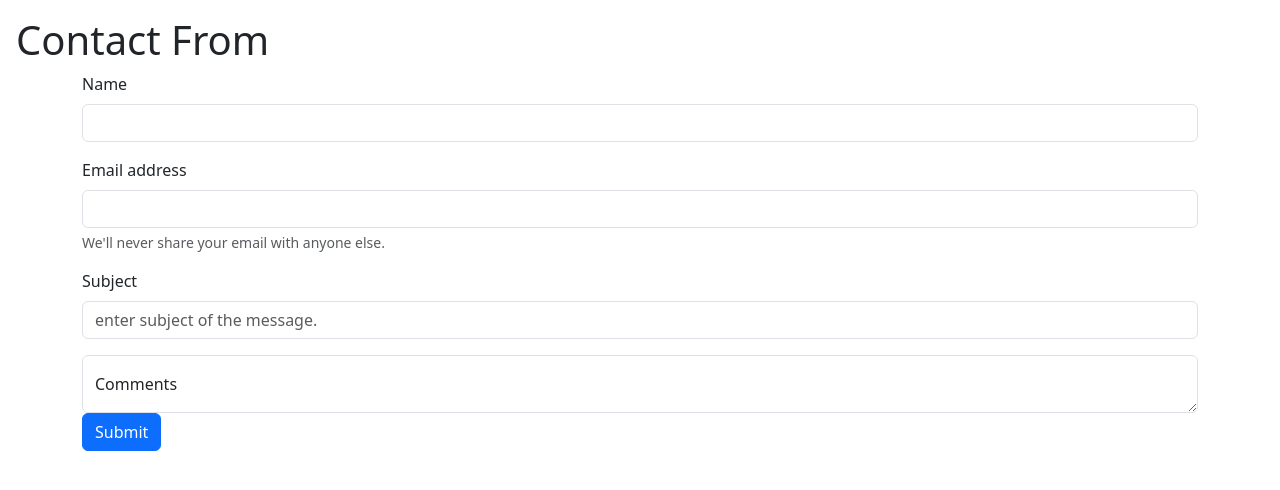
Repository: syni18/bootstrap_form
Page: index.html
The author's editor kept a copy of each file at every save. The page is drawn from the files as they stood at one save, then again after a run of saves.
The browser window is 1280 px wide. The pictures show the whole page.

Above is the page before, as saved 2023-10-26 15:36:45.

### index.html
<!DOCTYPE html>
<html lang="en">
<head>
    <meta charset="UTF-8">
    <meta name="viewport" content="width=device-width, initial-scale=1.0">
    <link href="https://cdn.jsdelivr.net/npm/bootstrap@5.3.2/dist/css/bootstrap.min.css" rel="stylesheet" integrity="sha384-T3c6CoIi6uLrA9TneNEoa7RxnatzjcDSCmG1MXxSR1GAsXEV/Dwwykc2MPK8M2HN" crossorigin="anonymous">
    <title>Contact From</title>
    <style>
        textarea{
            height: 100px;
        }
    </style>
</head>
<body>
    <h1 class="display-6 ms-3 mt-3">Contact From</h1>
    <form class="container">
  <div class="mb-3">
    <label for="exampleInputName1" class="form-label">Name</label>
    <input type="name" class="form-control" id="exampleInputName1" aria-describedby="NameHelp">
  </div>
  <div class="mb-3">
    <label for="exampleInputEmail1" class="form-label">Email address</label>
    <input type="email" class="form-control" id="exampleInputEmail1" aria-describedby="emailHelp">
    <div id="emailHelp" class="form-text">We'll never share your email with anyone else.</div>
  </div>
  <div class="mb-3">
    <label for="exampleInputSubject1" class="form-label">Subject</label>
    <input type="text" class="form-control" id="exampleInputsubject1" aria-describedby="subjectHelp" placeholder="enter subject of the message.">
  </div>
  <div class="form-floating">
  <textarea class="form-control" placeholder="Leave a comment here" id="floatingTextarea2"></textarea>
  <label for="floatingTextarea2">Comments</label>
</div>

  <button type="submit" class="btn btn-primary">Submit</button>
</form>
    <script src="https://cdn.jsdelivr.net/npm/bootstrap@5.3.2/dist/js/bootstrap.bundle.min.js" integrity="sha384-C6RzsynM9kWDrMNeT87bh95OGNyZPhcTNXj1NW7RuBCsyN/o0jlpcV8Qyq46cDfL" crossorigin="anonymous"></script>
</body>
</html>

After the next 3 saves:
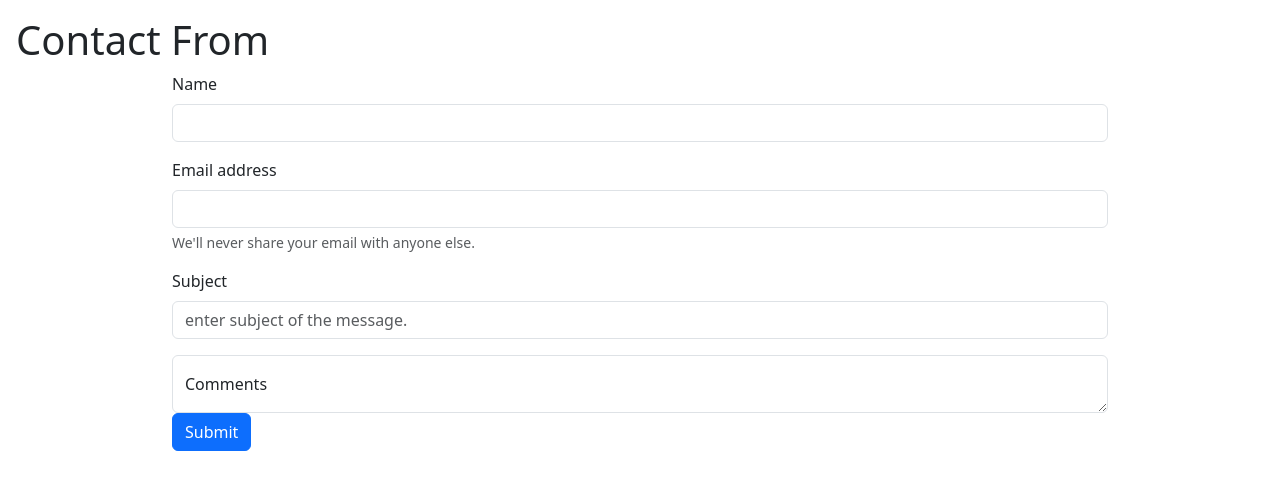
The 3 saves are shown as one change because they came seconds apart.
The last was saved 13 s later.
--- a/index.html
+++ b/index.html
@@ -13,7 +13,7 @@
 </head>
 <body>
     <h1 class="display-6 ms-3 mt-3">Contact From</h1>
-    <form class="container">
+    <form class="container w-75">
   <div class="mb-3">
     <label for="exampleInputName1" class="form-label">Name</label>
     <input type="name" class="form-control" id="exampleInputName1" aria-describedby="NameHelp">
